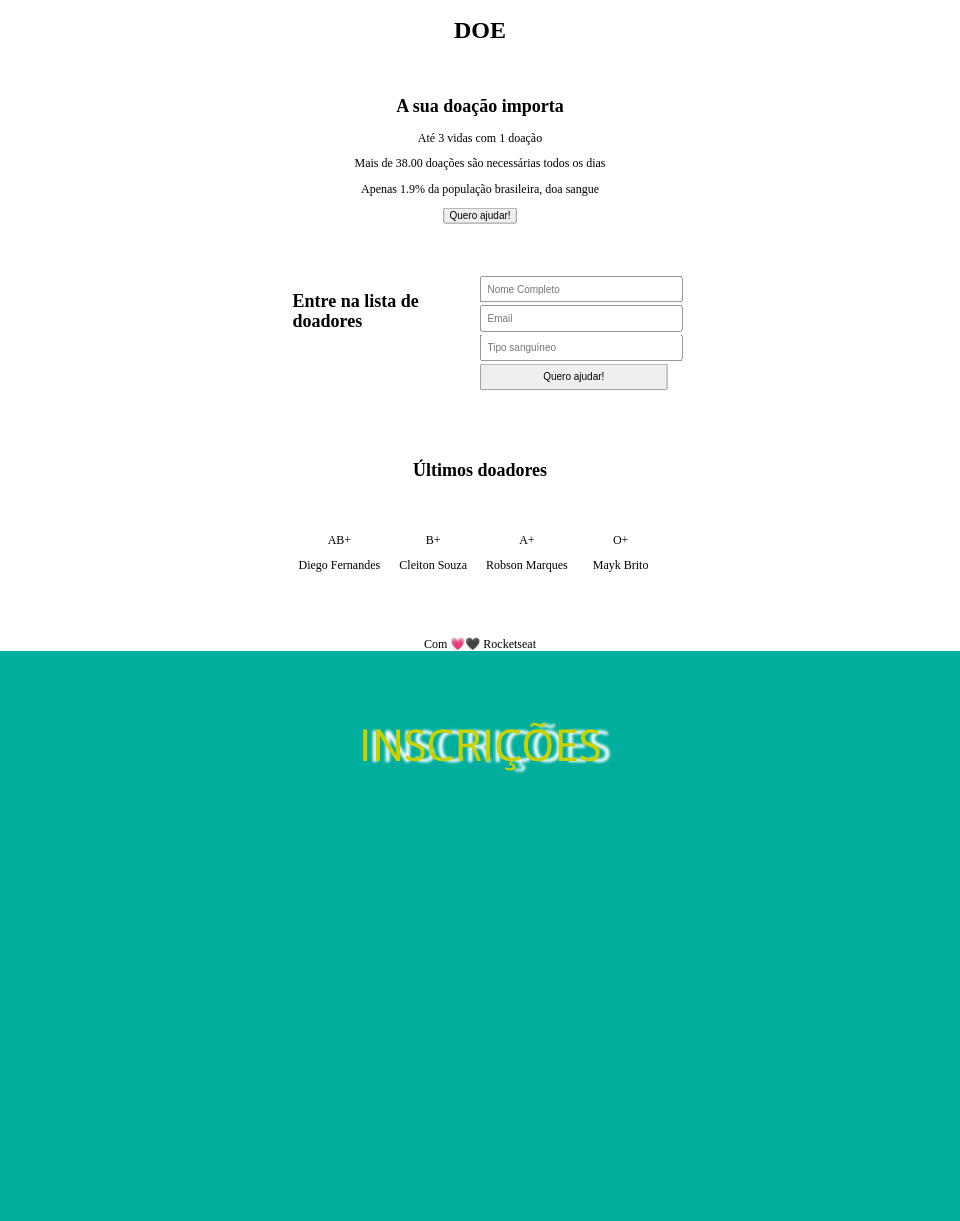
Repository: lucas-silva-dev/Doe
Page: index.html
The author's editor kept a copy of each file at every save. The page is drawn from the files as they stood at one save, then again after the next save.
The browser window is 1280 px wide. The pictures show the whole page, at 75% of full size.

Above is the page before, as saved 2020-02-18 14:28:28.

After the next save:
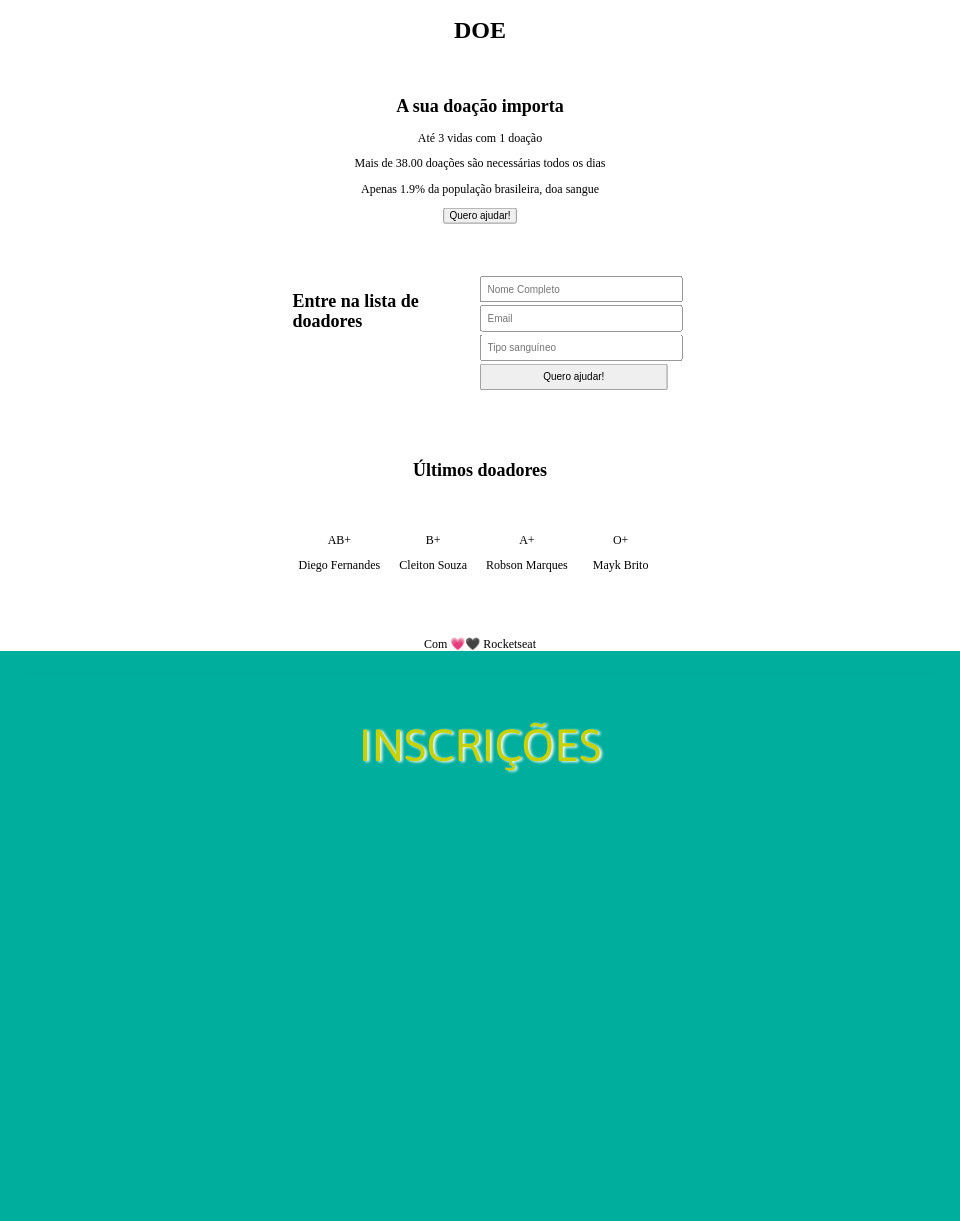
Saved 6 s later.
--- a/style.css
+++ b/style.css
@@ -73,5 +73,5 @@ div.cred {
   color: #c9d200;
   mix-blend-mode: normal;
   border: 30px solid #00ae9d;
-  text-shadow: 13px 2.5px 4px #ffffff;
+  text-shadow: 3px 2.5px 4px #ffffff;
 }
